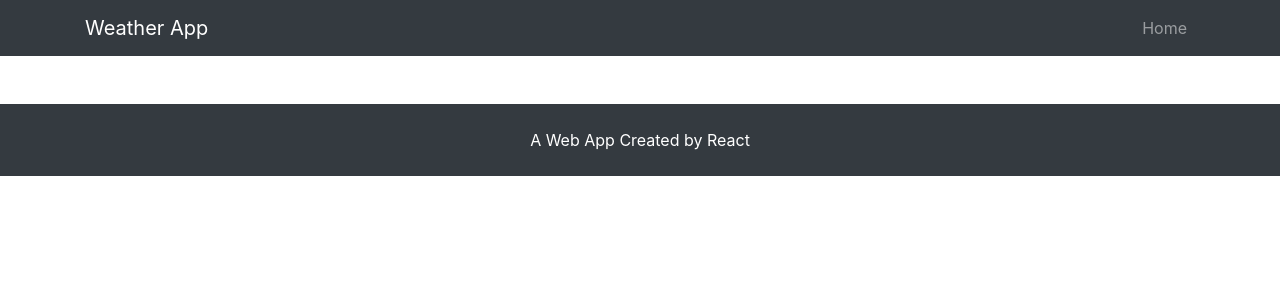
Repository: smk87/weather-app-react
Page: /weather/560743
These files come from the project's save history. The page is drawn as it stood at one moment and after the next save; the edit follows.
The browser window is 1280 px wide. The pictures show the whole page.
Some web libraries are served in a nearby version. The project was rebuilt for these pictures with package versions that can differ from the ones it lists, and the page was loaded fresh each time. A package was used in the major version that the imports need, not the one package.json lists. Also part of the build but not shown: src/components/Weather.js, src/components/Home.js.

Above is the page before, as saved 2019-02-06 20:08:00.

After the next save:
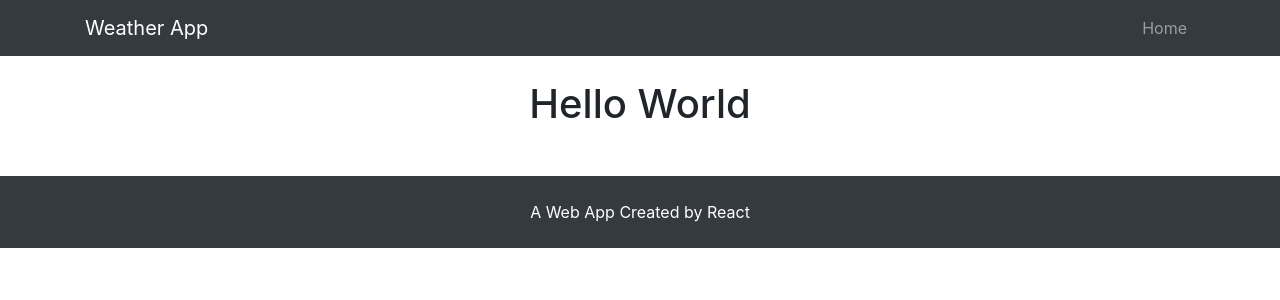
Saved 78 s later.
--- a/src/components/DetailedWeather.js
+++ b/src/components/DetailedWeather.js
@@ -4,7 +4,7 @@ export default class DetailedWeather extends Component {
   render() {
     return (
       <div>
-        <h1>{console.log(this.props.children)}</h1>
+        <h1>Hello World</h1>
       </div>
     );
   }
